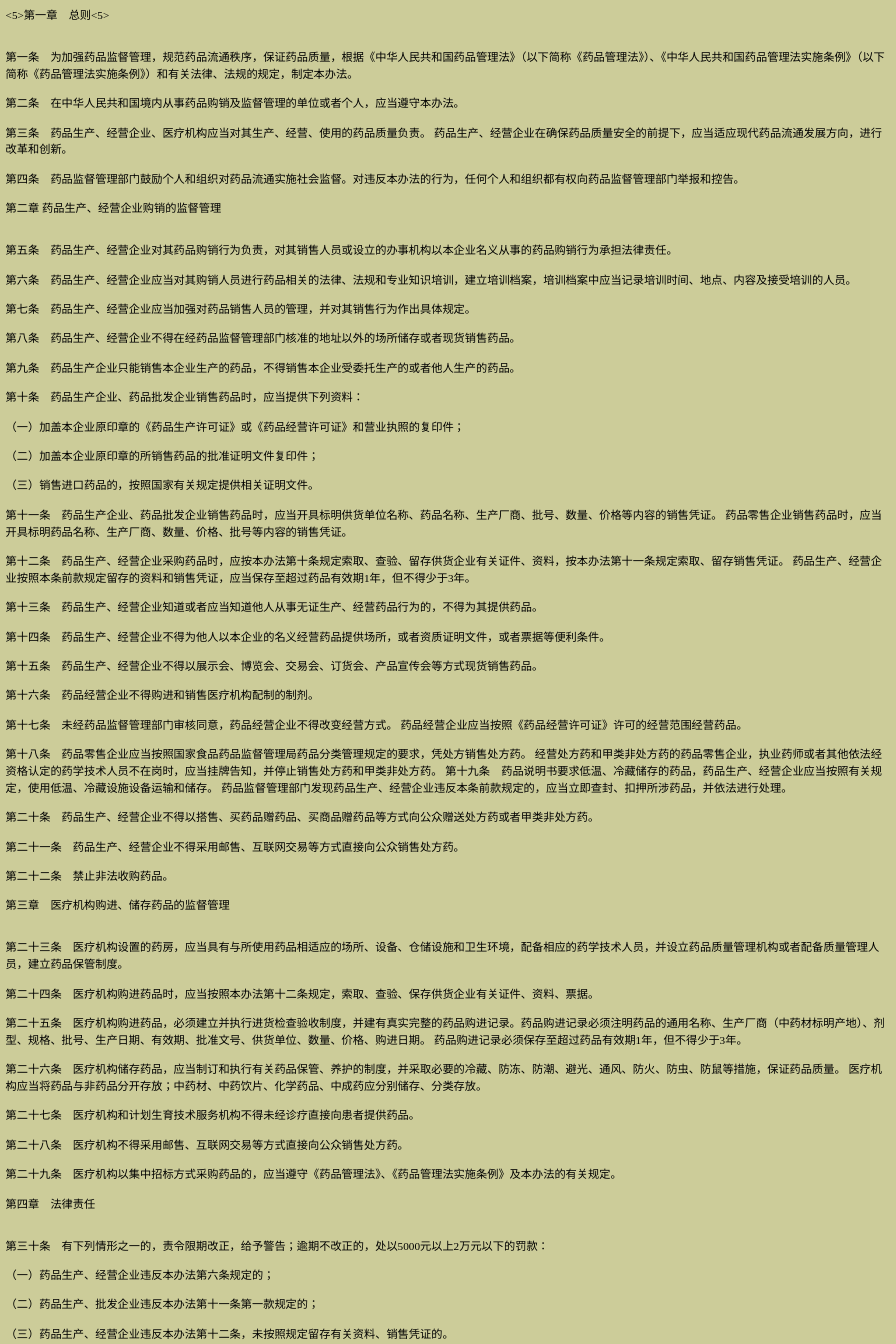
Repository: Shaoxubao/Java
Page: http://localhost/msm/jsp/rule/rules.jsp
These files come from the project's save history. The page is drawn as it stood at one moment and after the next save; the edit follows.
The browser window is 1280 px wide. The pictures show the part of the page from y = 0 to 1920 px (the page is 3100 px tall before and 3149 px after), at 70% of full size.
The page is served by Tomcat 9. Nobody is signed in. The application's start-up code is not run. Other server files are loaded and not shown.

Above is the page before, as saved 2015-06-13 17:57:15.

### msm/WebContent/jsp/rule/rules.jsp
<%@ page language="java" contentType="text/html; charset=UTF-8"
    pageEncoding="UTF-8"%>
<!DOCTYPE html>
<html>
<head>
<meta http-equiv="Content-Type" content="text/html; charset=UTF-8">
<title>Insert title here</title>
</head>
<body bgcolor="#CCCC99">
<5>第一章　总则<5><br><br><br>

第一条　为加强药品监督管理，规范药品流通秩序，保证药品质量，根据《中华人民共和国药品管理法》（以下简称《药品管理法》）、《中华人民共和国药品管理法实施条例》（以下简称《药品管理法实施条例》）和有关法律、法规的规定，制定本办法。<br><br>
第二条　在中华人民共和国境内从事药品购销及监督管理的单位或者个人，应当遵守本办法。<br><br>
第三条　药品生产、经营企业、医疗机构应当对其生产、经营、使用的药品质量负责。
药品生产、经营企业在确保药品质量安全的前提下，应当适应现代药品流通发展方向，进行改革和创新。<br><br>
第四条　药品监督管理部门鼓励个人和组织对药品流通实施社会监督。对违反本办法的行为，任何个人和组织都有权向药品监督管理部门举报和控告。<br><br>
第二章 药品生产、经营企业购销的监督管理<br><br><br>

第五条　药品生产、经营企业对其药品购销行为负责，对其销售人员或设立的办事机构以本企业名义从事的药品购销行为承担法律责任。<br><br>
第六条　药品生产、经营企业应当对其购销人员进行药品相关的法律、法规和专业知识培训，建立培训档案，培训档案中应当记录培训时间、地点、内容及接受培训的人员。<br><br>
第七条　药品生产、经营企业应当加强对药品销售人员的管理，并对其销售行为作出具体规定。<br><br>
第八条　药品生产、经营企业不得在经药品监督管理部门核准的地址以外的场所储存或者现货销售药品。<br><br>
第九条　药品生产企业只能销售本企业生产的药品，不得销售本企业受委托生产的或者他人生产的药品。<br><br>
第十条　药品生产企业、药品批发企业销售药品时，应当提供下列资料：<br><br>
（一）加盖本企业原印章的《药品生产许可证》或《药品经营许可证》和营业执照的复印件；<br><br>
（二）加盖本企业原印章的所销售药品的批准证明文件复印件；<br><br>
（三）销售进口药品的，按照国家有关规定提供相关证明文件。<br><br>
第十一条　药品生产企业、药品批发企业销售药品时，应当开具标明供货单位名称、药品名称、生产厂商、批号、数量、价格等内容的销售凭证。
药品零售企业销售药品时，应当开具标明药品名称、生产厂商、数量、价格、批号等内容的销售凭证。<br><br>
第十二条　药品生产、经营企业采购药品时，应按本办法第十条规定索取、查验、留存供货企业有关证件、资料，按本办法第十一条规定索取、留存销售凭证。
药品生产、经营企业按照本条前款规定留存的资料和销售凭证，应当保存至超过药品有效期1年，但不得少于3年。<br><br>
第十三条　药品生产、经营企业知道或者应当知道他人从事无证生产、经营药品行为的，不得为其提供药品。<br><br>
第十四条　药品生产、经营企业不得为他人以本企业的名义经营药品提供场所，或者资质证明文件，或者票据等便利条件。<br><br>
第十五条　药品生产、经营企业不得以展示会、博览会、交易会、订货会、产品宣传会等方式现货销售药品。<br><br>
第十六条　药品经营企业不得购进和销售医疗机构配制的制剂。<br><br>
第十七条　未经药品监督管理部门审核同意，药品经营企业不得改变经营方式。
药品经营企业应当按照《药品经营许可证》许可的经营范围经营药品。<br><br>
第十八条　药品零售企业应当按照国家食品药品监督管理局药品分类管理规定的要求，凭处方销售处方药。
经营处方药和甲类非处方药的药品零售企业，执业药师或者其他依法经资格认定的药学技术人员不在岗时，应当挂牌告知，并停止销售处方药和甲类非处方药。
第十九条　药品说明书要求低温、冷藏储存的药品，药品生产、经营企业应当按照有关规定，使用低温、冷藏设施设备运输和储存。
药品监督管理部门发现药品生产、经营企业违反本条前款规定的，应当立即查封、扣押所涉药品，并依法进行处理。<br><br>
第二十条　药品生产、经营企业不得以搭售、买药品赠药品、买商品赠药品等方式向公众赠送处方药或者甲类非处方药。<br><br>
第二十一条　药品生产、经营企业不得采用邮售、互联网交易等方式直接向公众销售处方药。<br><br>
第二十二条　禁止非法收购药品。<br><br>
第三章　医疗机构购进、储存药品的监督管理<br><br><br>

第二十三条　医疗机构设置的药房，应当具有与所使用药品相适应的场所、设备、仓储设施和卫生环境，配备相应的药学技术人员，并设立药品质量管理机构或者配备质量管理人员，建立药品保管制度。<br><br>
第二十四条　医疗机构购进药品时，应当按照本办法第十二条规定，索取、查验、保存供货企业有关证件、资料、票据。<br><br>
第二十五条　医疗机构购进药品，必须建立并执行进货检查验收制度，并建有真实完整的药品购进记录。药品购进记录必须注明药品的通用名称、生产厂商（中药材标明产地）、剂型、规格、批号、生产日期、有效期、批准文号、供货单位、数量、价格、购进日期。
药品购进记录必须保存至超过药品有效期1年，但不得少于3年。<br><br>
第二十六条　医疗机构储存药品，应当制订和执行有关药品保管、养护的制度，并采取必要的冷藏、防冻、防潮、避光、通风、防火、防虫、防鼠等措施，保证药品质量。
医疗机构应当将药品与非药品分开存放；中药材、中药饮片、化学药品、中成药应分别储存、分类存放。<br><br>
第二十七条　医疗机构和计划生育技术服务机构不得未经诊疗直接向患者提供药品。<br><br>
第二十八条　医疗机构不得采用邮售、互联网交易等方式直接向公众销售处方药。<br><br>
第二十九条　医疗机构以集中招标方式采购药品的，应当遵守《药品管理法》、《药品管理法实施条例》及本办法的有关规定。<br><br>
第四章　法律责任<br><br><br>

第三十条　有下列情形之一的，责令限期改正，给予警告；逾期不改正的，处以5000元以上2万元以下的罚款：<br><br>
（一）药品生产、经营企业违反本办法第六条规定的；<br><br>
（二）药品生产、批发企业违反本办法第十一条第一款规定的；<br><br>
（三）药品生产、经营企业违反本办法第十二条，未按照规定留存有关资料、销售凭证的。<br><br>
第三十一条　药品生产、经营企业违反本办法第七条规定的，给予警告，责令限期改正。<br><br>
第三十二条　有下列情形之一的，依照《药品管理法》第七十三条规定，没收违法销售的药品和违法所得，并处违法销售的药品货值金额2倍以上5倍以下的罚款：<br><br>
（一）药品生产、经营企业违反本办法第八条规定，在经药品监督管理部门核准的地址以外的场所现货销售药品的；<br><br>
（二）药品生产企业违反本办法第九条规定的；<br><br>
（三）药品生产、经营企业违反本办法第十五条规定的；<br><br>
（四）药品经营企业违反本办法第十七条规定的。<br><br>
第三十三条　药品生产、经营企业违反本办法第八条规定，在经药品监督管理部门核准的地址以外的场所储存药品的，按照《药品管理法实施条例》第七十四条的规定予以处罚。<br><br>
第三十四条　药品零售企业违反本办法第十一条第二款规定的，责令改正，给予警告；逾期不改正的，处以500元以下的罚款。<br><br>
第三十五条　违反本办法第十三条规定，药品生产、经营企业知道或者应当知道他人从事无证生产、经营药品行为而为其提供药品的，给予警告，责令改正，并处1万元以下的罚款，情节严重的，处1万元以上3万元以下的罚款。<br><br>
第三十六条　药品生产、经营企业违反本办法第十四条规定的，按照《药品管理法》第八十二条的规定予以处罚。<br><br>
第三十七条　违反本办法第十六条规定，药品经营企业购进或者销售医疗机构配制的制剂的，按照《药品管理法》第八十条规定予以处罚。<br><br>
第三十八条　药品零售企业违反本办法第十八条第一款规定的，责令限期改正，给予警告；逾期不改正或者情节严重的，处以1000元以下的罚款。<br><br>
违反本办法第十八条第二款规定，药品零售企业在执业药师或者其他依法经过资格认定的药学技术人员不在岗时销售处方药或者甲类非处方药的，责令限期改正，给予警告；逾期不改正的，处以1000元以下的罚款。<br><br>
第三十九条　药品生产、批发企业违反本办法第十九条规定，未在药品说明书规定的低温、冷藏条件下运输药品的，给予警告，责令限期改正；逾期不改正的，处以5000元以上2万元以下的罚款；有关药品经依法确认属于假劣药品的，按照《药品管理法》有关规定予以处罚。
药品生产、批发企业违反本办法第十九条规定，未在药品说明书规定的低温、冷藏条件下储存药品的，按照《药品管理法》第七十九条的规定予以处罚；有关药品经依法确认属于假劣药品的，按照《药品管理法》有关规定予以处罚。
第四十条　药品生产、经营企业违反本办法第二十条规定的，限期改正，给予警告；逾期不改正或者情节严重的，处以赠送药品货值金额2倍以下的罚款，但是最高不超过3万元。<br><br>
第四十一条　违反本办法第二十三条至第二十七条的，责令限期改正，情节严重的，给予通报。<br><br>
第四十二条　药品生产、经营企业违反本办法第二十一条、医疗机构违反本办法第二十八条规定，以邮售、互联网交易等方式直接向公众销售处方药的，责令改正，给予警告，并处销售药品货值金额2倍以下的罚款，但是最高不超过3万元。<br><br>
第四十三条　违反本办法第二十二条规定非法收购药品的，按照《药品管理法》第七十三条的规定予以处罚。<br><br>
第四十四条　药品监督管理部门及其工作人员玩忽职守，对应当予以制止和处罚的违法行为不予制止、处罚的，对直接负责的主管人员和其他直接责任人员给予行政处分；构成犯罪的，依法追究刑事责任。<br><br>
第五章　附则<br><br><br>

第四十五条　本办法所称药品现货销售，是指药品生产、经营企业或其委派的销售人员，在药品监督管理部门核准的地址以外的其他场所，携带药品现货向不特定对象现场销售药品的行为。<br><br>
第四十六条　实行特殊管理的药品、疫苗、军队用药品的流通监督管理，有关法律、法规、规章另有规定的，从其规定。<br><br>
第四十七条　本办法自2007年5月1日起施行。自本办法施行之日起，1999年8月1日实施的国家药品监督管理局《药品流通监督管理办法（暂行）》（国家药品监督管理局第7号令）同时废止。<br><br>
</body>
</html>

After the next save:
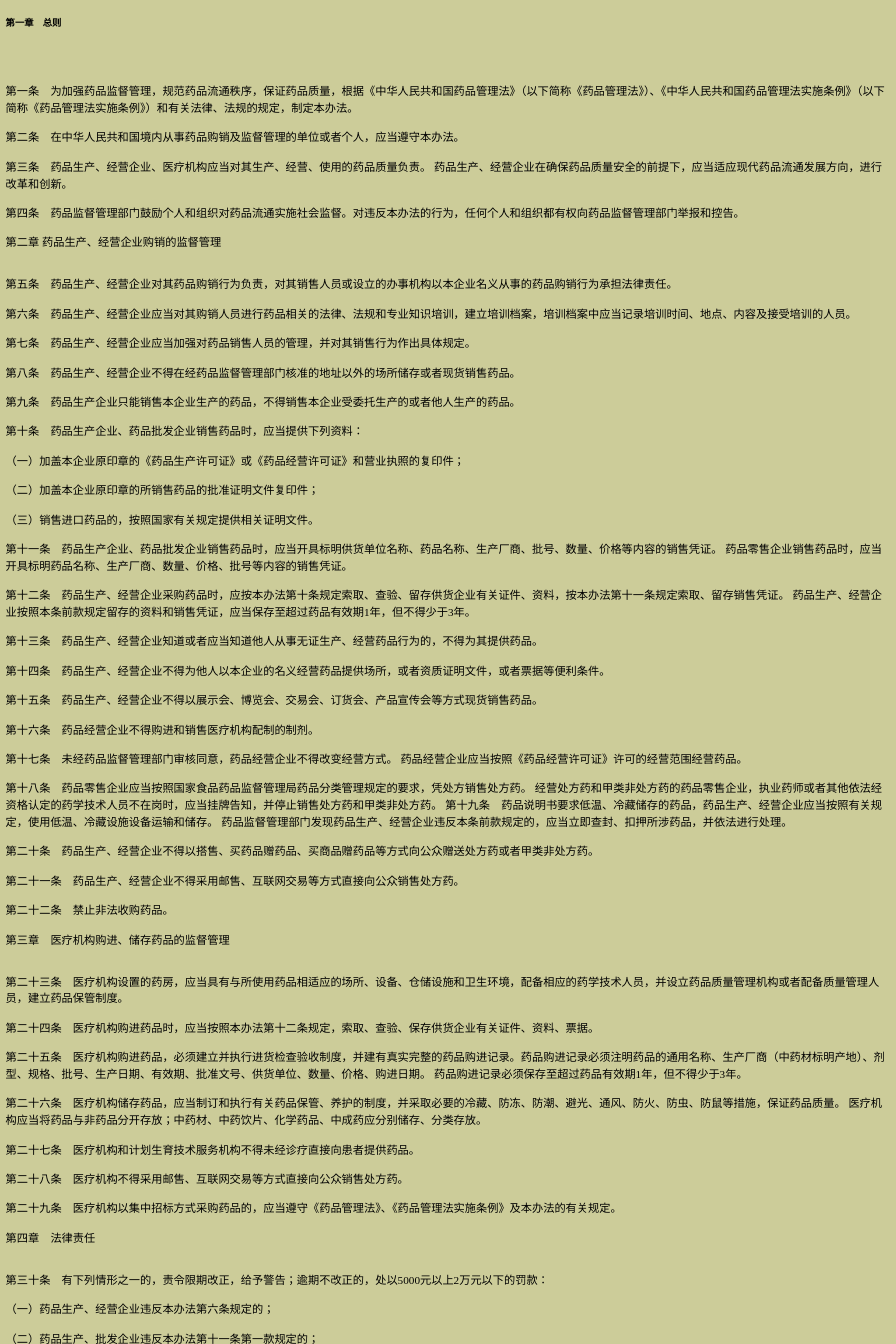
Saved 33 s later.
--- a/msm/WebContent/jsp/rule/rules.jsp
+++ b/msm/WebContent/jsp/rule/rules.jsp
@@ -7,7 +7,7 @@
 <title>Insert title here</title>
 </head>
 <body bgcolor="#CCCC99">
-<5>第一章　总则<5><br><br><br>
+<h5>第一章　总则</h5><br><br><br>
 
 第一条　为加强药品监督管理，规范药品流通秩序，保证药品质量，根据《中华人民共和国药品管理法》（以下简称《药品管理法》）、《中华人民共和国药品管理法实施条例》（以下简称《药品管理法实施条例》）和有关法律、法规的规定，制定本办法。<br><br>
 第二条　在中华人民共和国境内从事药品购销及监督管理的单位或者个人，应当遵守本办法。<br><br>
